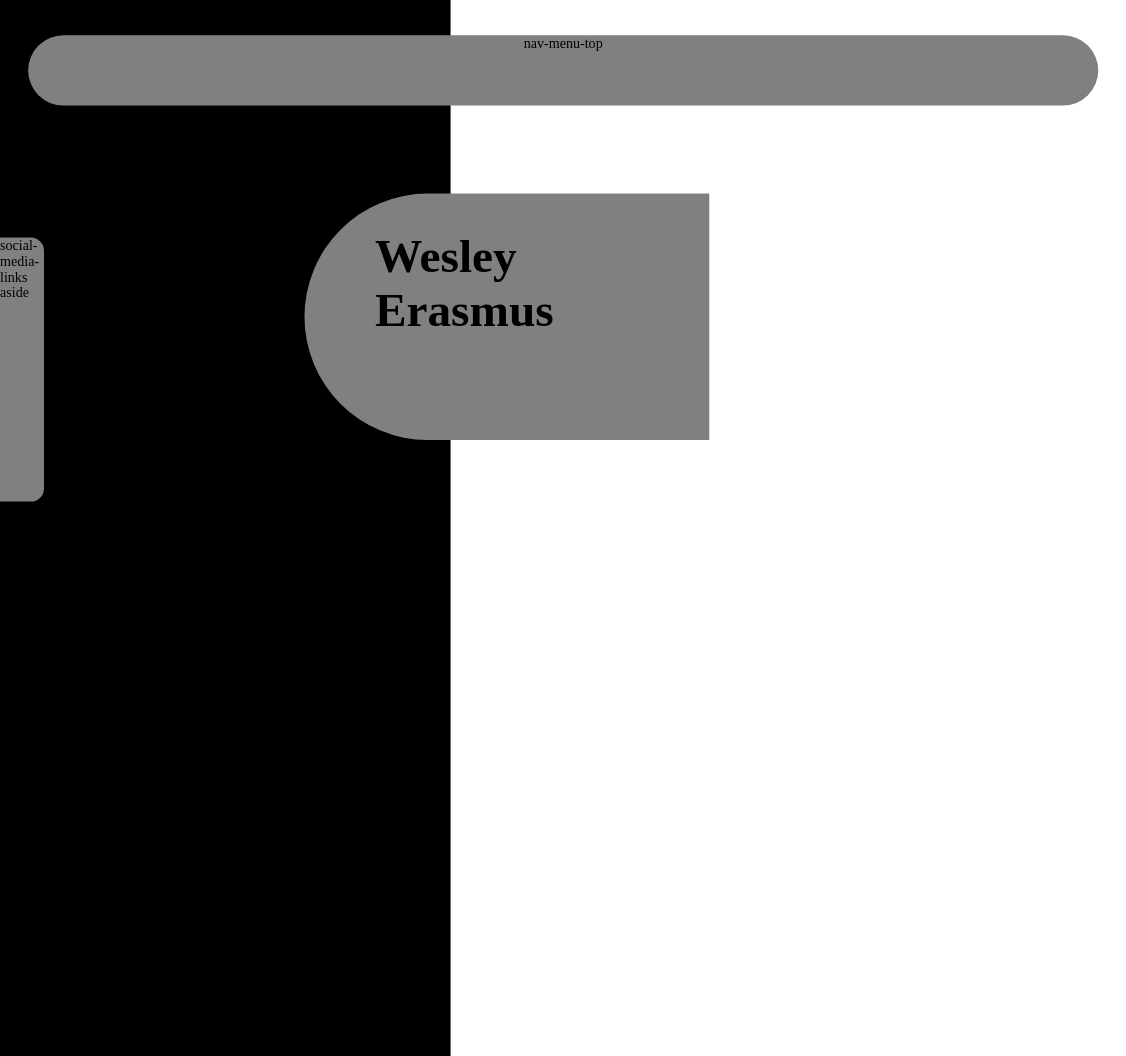
Repository: WesleyErasmus/MyDigitalResume-4
Page: index.html
An editor plug-in stored every save of this project. The page is shown before and after the next save, followed by the edit.
The browser window is 1280 px wide. The pictures show the whole page, at 88% of full size.

Above is the page before, as saved 2022-02-15 20:31:55.

### index.html
<!DOCTYPE html>
<html lang="en">
<head>
    <meta charset="UTF-8">
    <meta http-equiv="X-UA-Compatible" content="IE=edge">
    <meta name="viewport" content="width=device-width, initial-scale=1.0">
    <title>Wesley Erasmus Digital Resume 4 Project</title>
    <link rel="stylesheet" href="stylesheet.css">
</head>
<body>
    <!-- Landing page -->
    <header class="nav-menu-top">
        <!-- Name / Logo (jumbotron) / download CV / etc -->
        <p>nav-menu-top</p>
    </header>

    <aside class="self-portrait">
        <!-- creative image of myself -->
        <p>aside with large portrait image of myself</p>
    </aside>
    <nav class="social-media-links">
        <!-- side social media icons (float left / column direction) -->
        <p>social-media-links aside</p>
    </nav>
    <article>

        <h1 class="name">
            <span class="name">
                Wesley
                <br>
                Erasmus
            </span>
            <!-- centre text vertically -->
        </h1>

        <!-- <span id="name">
            <h1>Wesley</h1>
            <h1>Erasmus</h1>
        </span> -->


        <!-- main bio; FED student / link to 2nd html page with CV content -->
        <div class="about-me">
            <p>about me</p>
        </div>
        <button class="next-page">
            next-page button
        </button>
    </article>


</body>
</html>

### stylesheet.css
* {
    margin: 0;
    padding: 0;
}
@media screen
  and (min-device-width: 1200px)
  and (max-device-width: 1600px)
  and (-webkit-min-device-pixel-ratio: 1) {
}

body {
/* position: relative; */
}
header.nav-menu-top {
    position: relative;
    z-index: 1;
    text-align: center;
    margin: 0 auto;
    width: 95%;
    height: 80px;
    border-radius: 50px;
    margin-top: 40px;
    background-color: grey;
}
aside.self-portrait {
    background-color: black;
    position: absolute;
    /* position: fixed; */
    top: 0;
    left: 0;
    height: 1200px;
    width: 40%;
}
nav.social-media-links {
    position: relative;
    height: 300px;
    width: 50px;
    float: left;
    top: 150px;
    left: 0px;
    background-color: grey;
    border-radius: 0 15px 15px 0;
}
h1.name {
background-color: grey;
margin: 0 auto;
width: 300px;
height: 200px;
margin: 0;
position: absolute;
top: 50%;
left: 45%;
-ms-transform: translate(-50%, -50%);
transform: translate(-50%, -50%);
padding: 40px 80px 40px 80px;
font-size: 4.2vw;
border-radius:150px 0 0 150px;
}
span#name {
    margin: 0;
    top: 50%;
    /* centre text vertically */
}

After the next save:
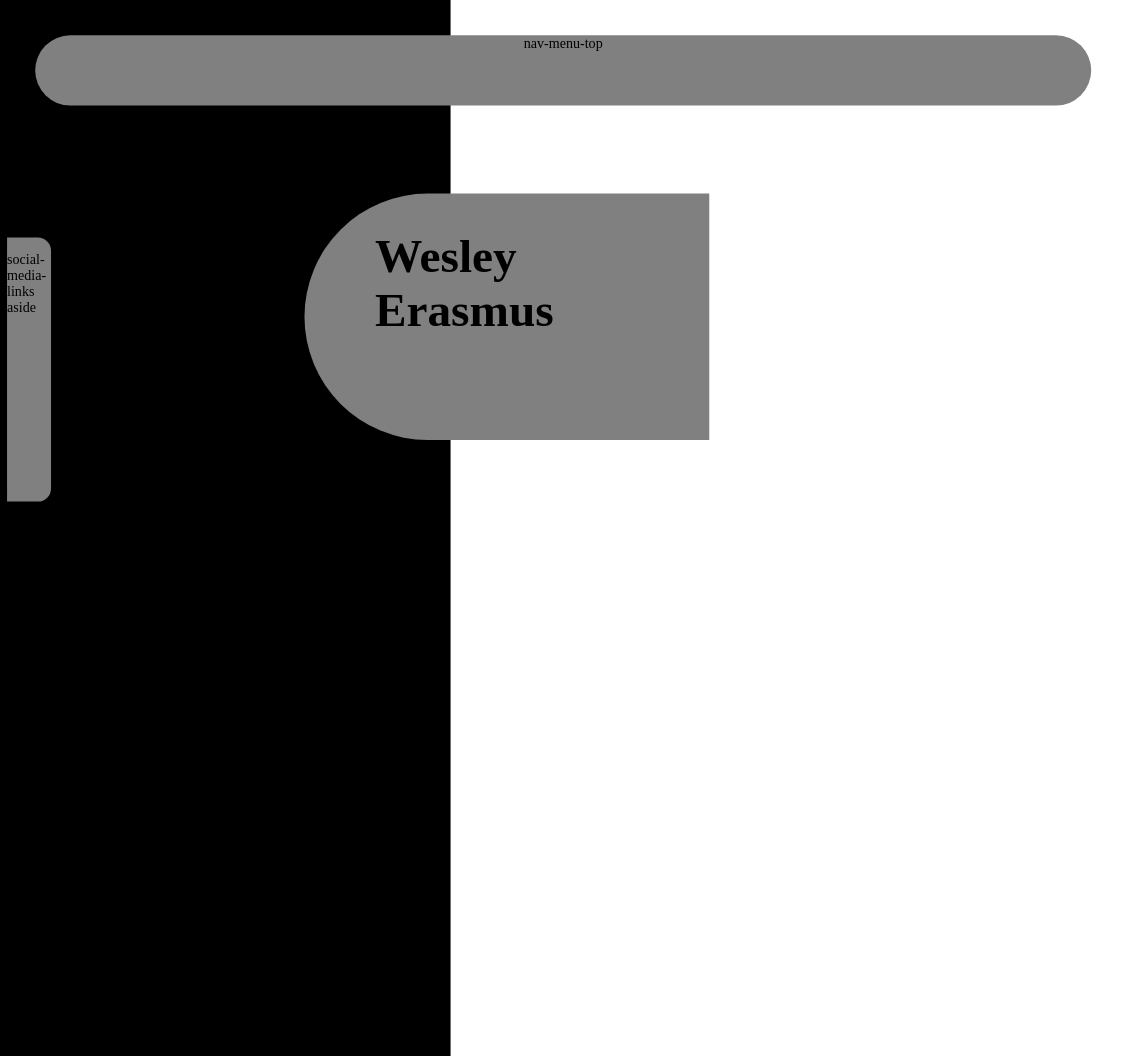
Saved 2 min 42 s later.
--- a/stylesheet.css
+++ b/stylesheet.css
@@ -1,4 +1,8 @@
+<link rel="preconnect" href="https://fonts.googleapis.com">
+<link rel="preconnect" href="https://fonts.gstatic.com" crossorigin>
+<link href="https://fonts.googleapis.com/css2?family=Poppins&display=swap" rel="stylesheet">
 * {
+    font-family:
     margin: 0;
     padding: 0;
 }

After the save that followed:
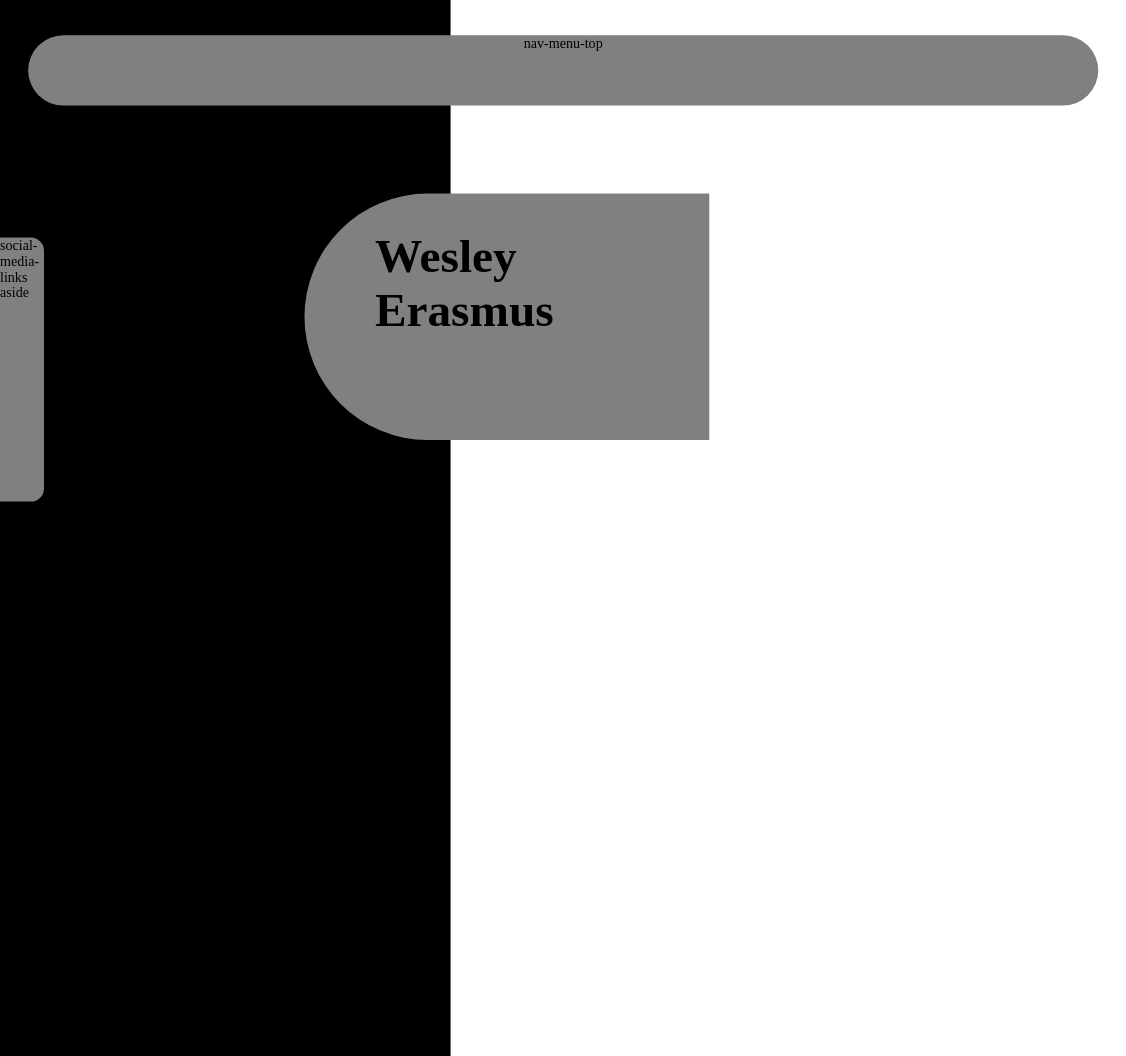
Saved 32 s later.
--- a/stylesheet.css
+++ b/stylesheet.css
@@ -1,8 +1,6 @@
-<link rel="preconnect" href="https://fonts.googleapis.com">
-<link rel="preconnect" href="https://fonts.gstatic.com" crossorigin>
-<link href="https://fonts.googleapis.com/css2?family=Poppins&display=swap" rel="stylesheet">
+
+
 * {
-    font-family:
     margin: 0;
     padding: 0;
 }
